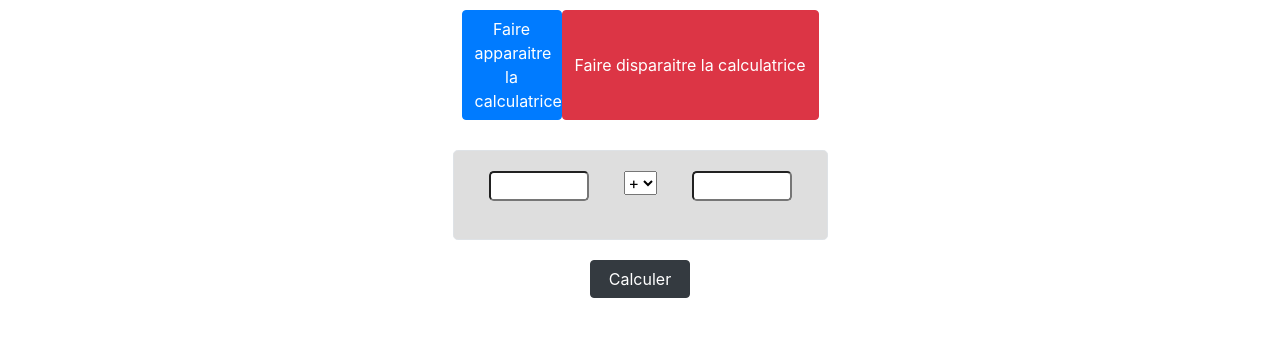
Repository: julieLyM/calculatrice
Page: calculatrice.html
These files come from the project's save history. The page is drawn as it stood at one moment and after the next save; the edit follows.
The browser window is 1280 px wide. The pictures show the whole page.

Above is the page before, as saved 2020-12-08 15:38:01.

### calculatrice.html
<!DOCTYPE html>
<html lang="fr">
  <head>
    <meta charset="UTF-8">
    <meta name="viewport" content="width=device-width, initial-scale=1.0">
		<link rel="stylesheet" href="https://cdn.jsdelivr.net/npm/bootstrap@4.5.3/dist/css/bootstrap.min.css" integrity="sha384-TX8t27EcRE3e/ihU7zmQxVncDAy5uIKz4rEkgIXeMed4M0jlfIDPvg6uqKI2xXr2" crossorigin="anonymous">

    <title>exercice calculatrice</title>
  </head>
  <body>
    <div class="container-fluid">
        <div class="row justify-content-center" style="padding: 10px; text-align:center">
          <button class="btn btn-primary" style="width: 100px;" id="appear">
            Faire apparaitre la calculatrice
          </button>
          <button class="btn btn-danger" id="disapear">
            Faire disparaitre la calculatrice
          </button>
        </div>
        <div class="row justify-content-around border rounded-lg" id="blocCal"  style="padding: 20px;margin: 20px auto; text-align:center; width: 30%;background-color: #dedede">
          <div class="col">
            <input type="text" class="rounded-lg"  id="nombre1" style="width: 100px;">
          </div>
          <div class="col">
            <select name="calcul" id="operateur">
              <option>+</option>
              <option>-</option>
              <option>*</option>
              <option>/</option>
            </select>
          </div>
          <div class="col">
            <input type="text" class="rounded-lg"  id="nombre2" style="width: 100px;">
          </div>
          <br>
          <br>
          </div>
        <div class="row justify-content-center" style="margin-top: 20px">
          <button type="button" class="btn btn-dark" style="width: 100px;" id="calculer">
            Calculer
          </button>
        </div>
        <br>
        <div class="row justify-content-center">
          <div id="message"></div>
        </div>
      </div>
    <!--APPEL JQUERY-->
		<script src="https://code.jquery.com/jquery-3.5.1.min.js" integrity="sha256-9/aliU8dGd2tb6OSsuzixeV4y/faTqgFtohetphbbj0=" crossorigin="anonymous"></script>
		<script src="https://cdn.jsdelivr.net/npm/bootstrap@4.5.3/dist/js/bootstrap.bundle.min.js" integrity="sha384-ho+j7jyWK8fNQe+A12Hb8AhRq26LrZ/JpcUGGOn+Y7RsweNrtN/tE3MoK7ZeZDyx" crossorigin="anonymous"></script>
    <!--NOTRE CODE JS-->
    <script src="calculatrice.js"></script>
  </body>
</html>

### calculatrice.js
//Etapes :
// --------
// - faire une page html
// - créer deux input type text avec deux id différent pour la saisie des valeurs
// - créer un select avec un id pour proposer les différents opérateurs. (+-*/    ** %)
// - créer un bouton avec un id pour lancer le calcul (button, span)

// Avec js :
// ---------
// - lors du click  sur le bouton (evenement) :
// - récupérer les deux saisies des champs text et l'opérateur selectionné

// - il peut être important de passer les saisies dans un parseFloat() pour les transformer en type number
// - declencher le calcul des saisies selon  l'opérateur avec un if qui va tester l'opérateur pour déclencher l'opération.
// - afficher l'opération avec le résultat.

// Pour aller plus loin :
// ----------------------
// - essayer de donner la possibilité de faire apparaitre ou disparaitre la calculatrice

$(document).ready(function () {
  $('#appear').on('click', function () {
    $('#blocCal').slideDown(1000);
  });

  // Cacher la  calculatrice :
  $('#disapear').on('click', function () {
    $('#blocCal').slideUp(1000);
  });

  $('#calculer').on('click', function () {
    var value1 = $('#nombre1').val();
    var signe = $('#operateur').val();
    var value2 = $('#nombre2').val();

    value1 = parseFloat(value1);
    value2 = parseFloat(value2);
    var resultat = '';

    if (signe == '+') {
      resultat = $('#message').html(
        '<div style="background-color: pink;color: yellow; text-align: center;font-size:26px; padding:20px">Résultat addition: ' +
          value1 +
          signe +
          value2 +
          ' = ' +
          (value1 + value2) +
          '</div>'
      );
    } else if (signe == '-') {
      resultat = resultat = $('#message').html(
        '<div style="background-color: pink;color: blue; text-align: center;font-size:26px; padding:20px">Résultat soustration: ' +
          value1 +
          signe +
          value2 +
          ' = ' +
          (value1 - value2) +
          '</div>'
      );
    } else if (signe == '*') {
      resultat = resultat = $('#message').html(
        '<div style="background-color: pink;color: purple; text-align: center;font-size:26px; padding:20px">Résultat multiplication: ' +
          value1 +
          signe +
          value2 +
          ' = ' +
          value1 * value2 +
          '</div>'
      );
    } else if (signe == '/') {
      resultat = resultat = $('#message').html(
        '<div style="background-color: pink;color: green; text-align: center;font-size:26px; padding:20px">Résultat division: ' +
          value1 +
          signe +
          value2 +
          ' = ' +
          value1 / value2 +
          '</div>'
      );
    }
  });

  $('#nombre1, #nombre2').on('mouseover', function () {
    $('#message').html(
      `<div style="background-color: pink;color: red; padding:20px">Saisir un chiffre</div>`
    );
  });

  $('#nombre1, #nombre2').on('mouseout', function () {
    $('#message').html('');
  });

  $('#operateur').on('mouseover', function () {
    $('#message').html(
      `<div style="background-color: pink;color: red; padding:20px">Saisir un opérateur + - / *</div>`
    );
  });
  $('#operateur').on('mouseout', function () {
    $('#message').html('');
  });
});

After the next save:
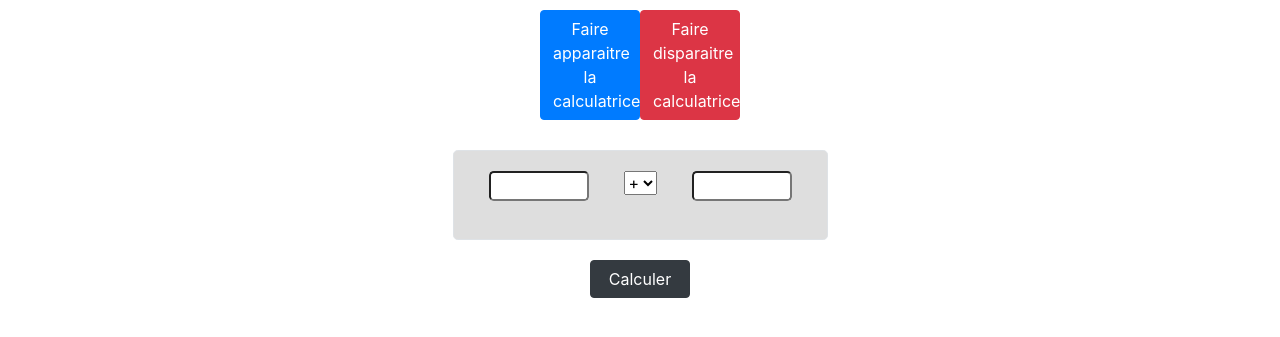
Saved 6 s later.
--- a/calculatrice.html
+++ b/calculatrice.html
@@ -13,7 +13,7 @@
           <button class="btn btn-primary" style="width: 100px;" id="appear">
             Faire apparaitre la calculatrice
           </button>
-          <button class="btn btn-danger" id="disapear">
+          <button class="btn btn-danger" style="width: 100px;" id="disapear">
             Faire disparaitre la calculatrice
           </button>
         </div>
